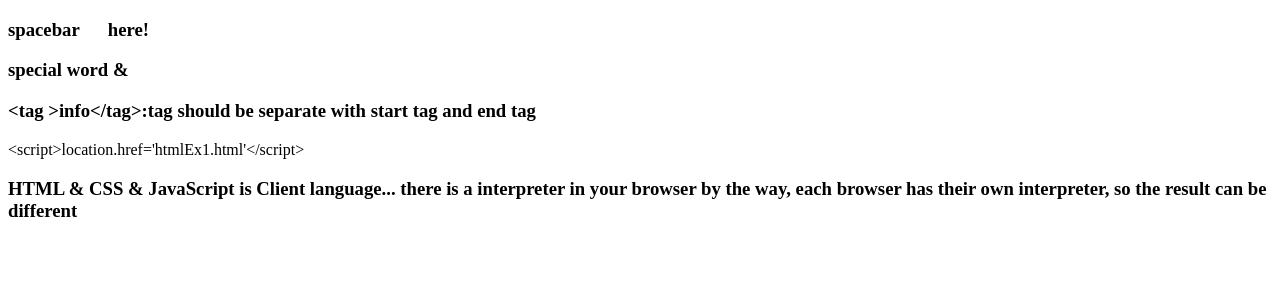
Repository: LucestDail/WebEclipse-Workspace
Page: htmlProject/WebContent/htmlEx3.html
An editor plug-in stored every save of this project. The page is shown before and after the next save, followed by the edit.
The browser window is 1280 px wide. The pictures show the whole page.

Above is the page before, as saved 2020-11-05 05:36:34.

After the next save:
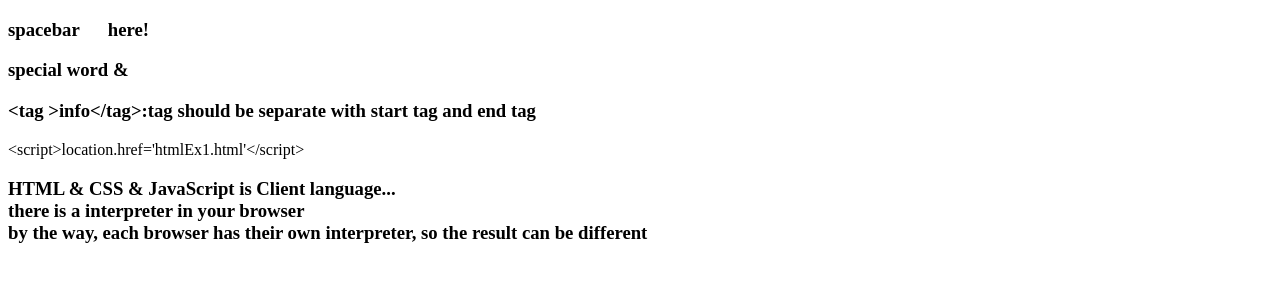
Saved 44 s later.
--- a/htmlProject/WebContent/htmlEx3.html
+++ b/htmlProject/WebContent/htmlEx3.html
@@ -9,8 +9,8 @@
 <h3> special word &amp;</h3>
 <h3>&lt;tag &gt;info&lt;/tag&gt;:tag should be separate with start tag and end tag</h3>
 &lt;script&gt;location.href='htmlEx1.html'&lt;/script&gt;
-<h3> HTML &amp; CSS &amp; JavaScript is Client language...
-there is a interpreter in your browser
+<h3> HTML &amp; CSS &amp; JavaScript is Client language...<br>
+there is a interpreter in your browser<br>
 by the way, each browser has their own interpreter, so the result can be different</h3>
 </body>
 </html>
